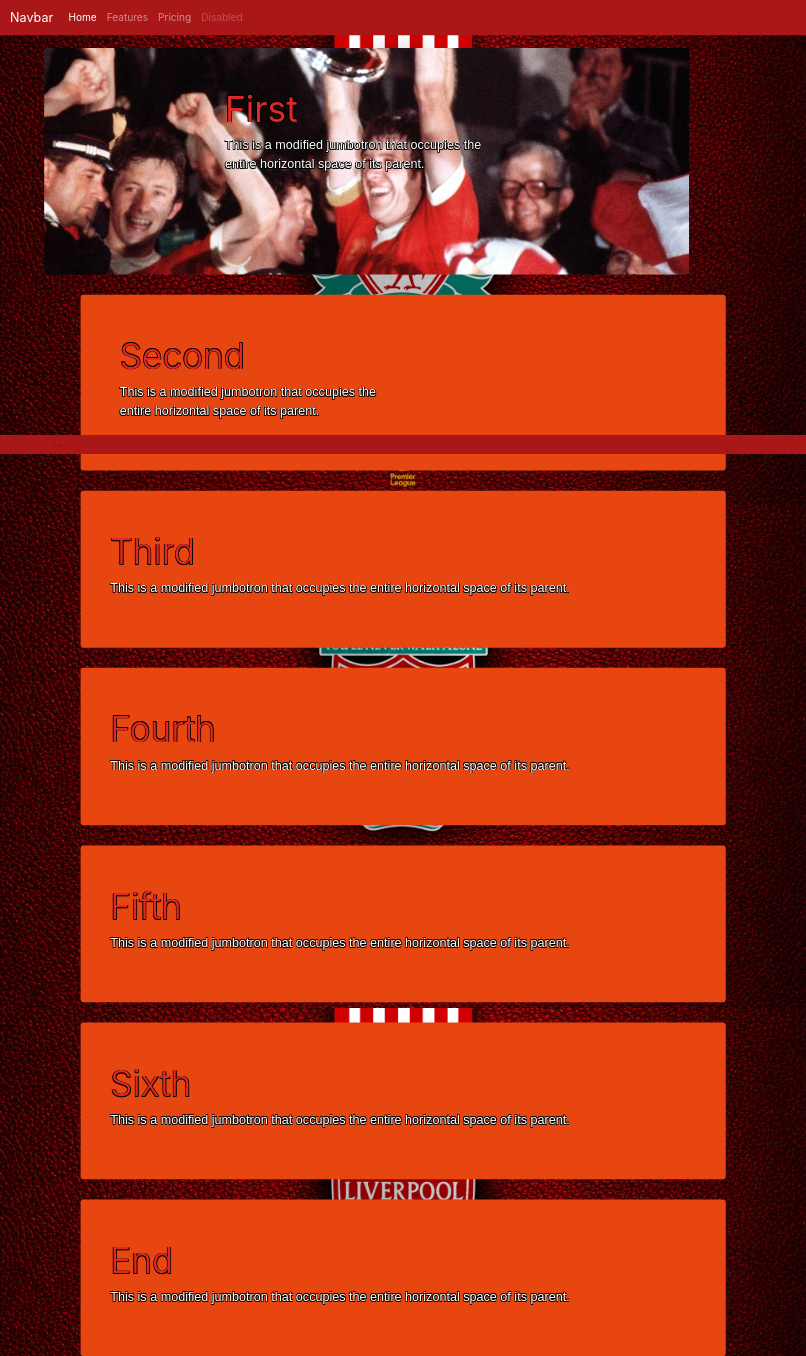
Repository: DalyAD/allez-2
Page: page1.html
The author's editor kept a record of every edit. The page is drawn from the files as they stood at one moment, then again after the next edit.
The browser window is 1280 px wide. The pictures show the whole page, at 63% of full size.
Backgrounds fixed to the window are drawn as part of the page.

Above is the page before.

After the next edit:
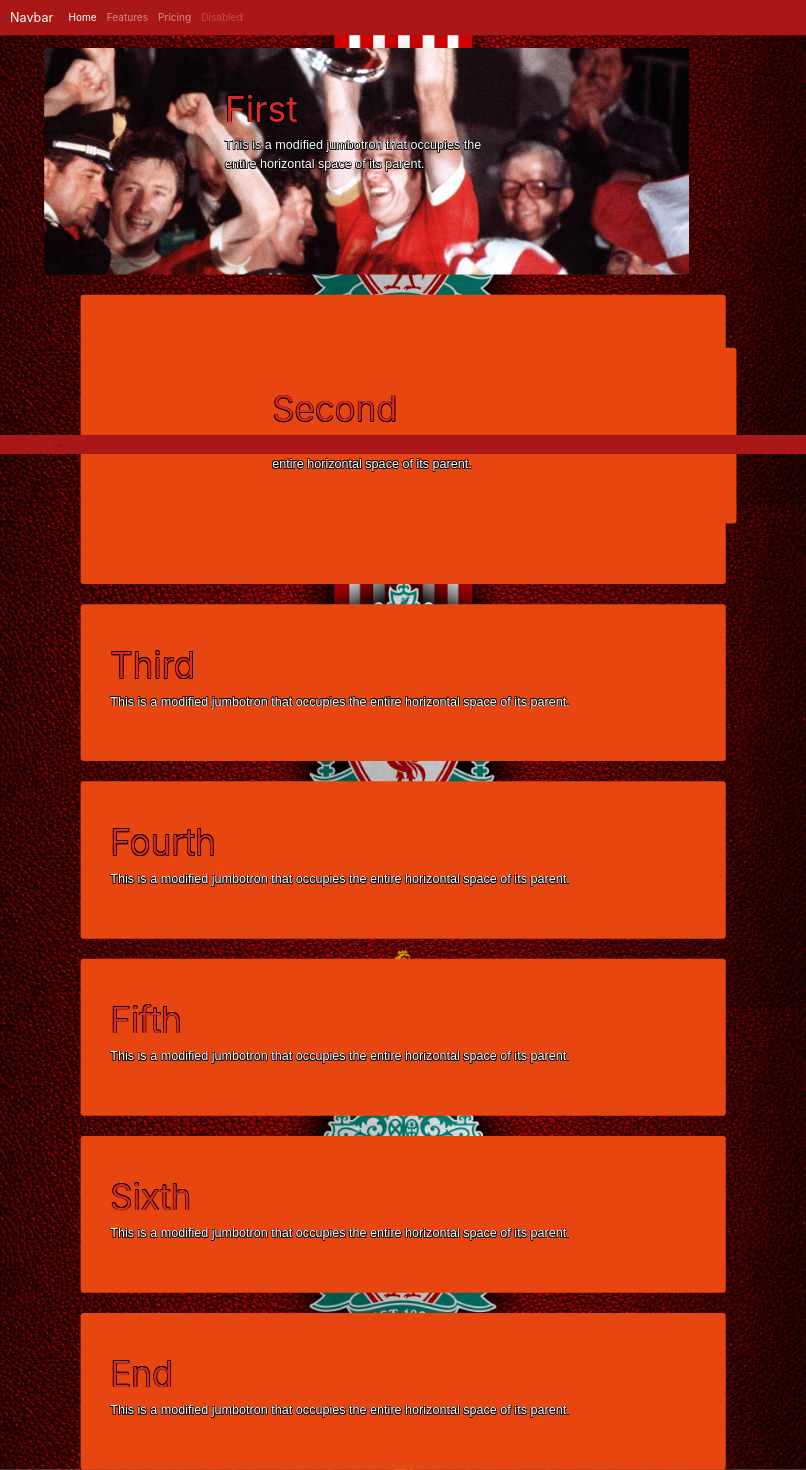
The edit:
--- a/page1.html
+++ b/page1.html
@@ -37,8 +37,8 @@
                 </div>
             </div>
             <div class="jumbotron second">
-                <div class="container">
-                    <div class="col-sm-12 col-md-6">
+                <div class="jumbotron second row">
+                    <div class="container col-sm-12 col-md-6">
                         <h1 class="display-4">Second</h1>
                         <p class="lead">This is a modified jumbotron that occupies the entire horizontal space of its parent.</p>
                     </div>
